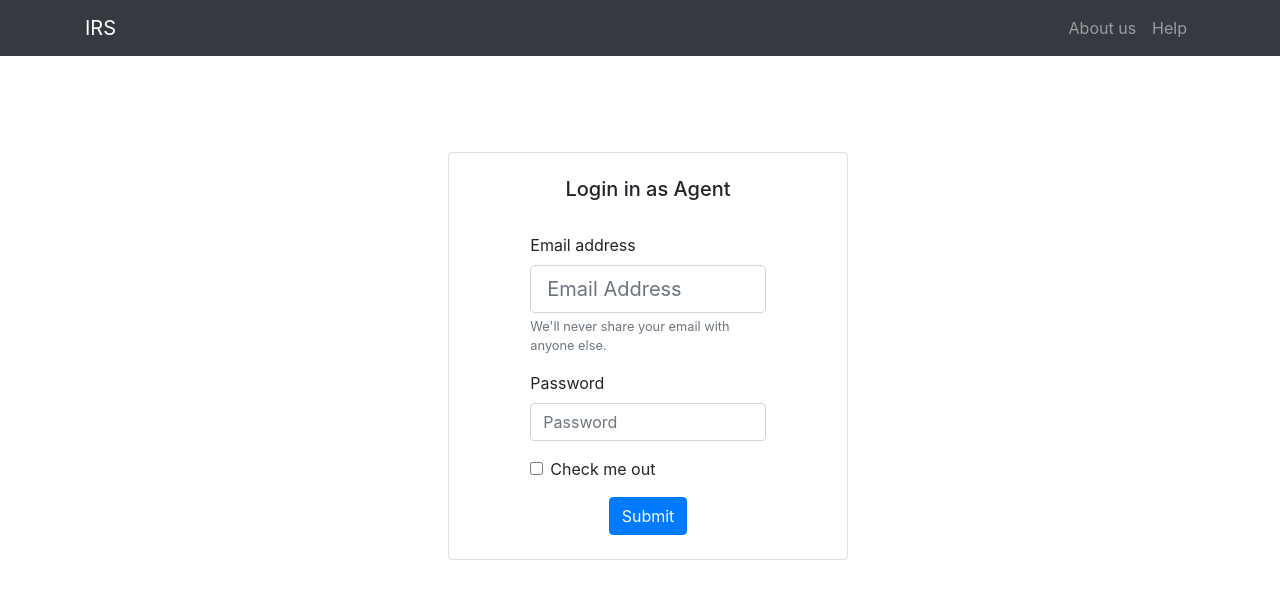
Repository: greeshmavyas/IRS_CS
Page: / (app in AgentManagement/Frontend/)
An editor plug-in stored every save of this project. The page is shown before and after the next save, followed by the edit.
The browser window is 1280 px wide. The pictures show the whole page.
Some web libraries are served in a nearby version. The project was rebuilt for these pictures with package versions that can differ from the ones it lists, and the page was loaded fresh each time. Also part of the build but not shown: AgentManagement/Frontend/src/components/NavbarDash.js, AgentManagement/Frontend/src/components/Sidebar.js, AgentManagement/Frontend/src/components/Dashboard.js, AgentManagement/Frontend/src/components/Settings.js, AgentManagement/frontend/src/App.css.

Above is the page before, as saved 2020-10-26 16:33:42.

After the next save:
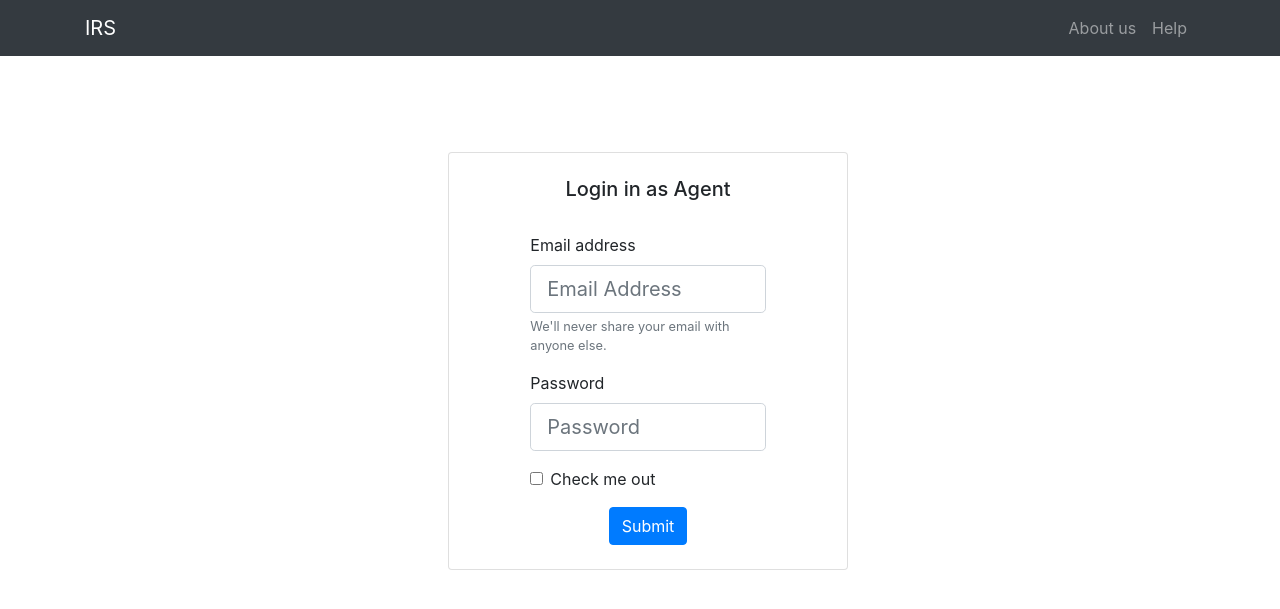
Saved 34 s later.
--- a/AgentManagement/Frontend/src/components/login.js
+++ b/AgentManagement/Frontend/src/components/login.js
@@ -52,7 +52,12 @@ class login extends Component {
 
                     <Form.Group controlId="formBasicPassword">
                       <Form.Label>Password</Form.Label>
-                      <Form.Control type="password" placeholder="Password" />
+                      <Form.Control type="password"
+                        className="form-control form-control-lg"
+                        placeholder="Password"
+                        name="password"
+                        value={this.state.password}
+                        onChange={this.onChange} />
                     </Form.Group>
                     <Form.Group controlId="formBasicCheckbox">
                       <Form.Check type="checkbox" label="Check me out" />
